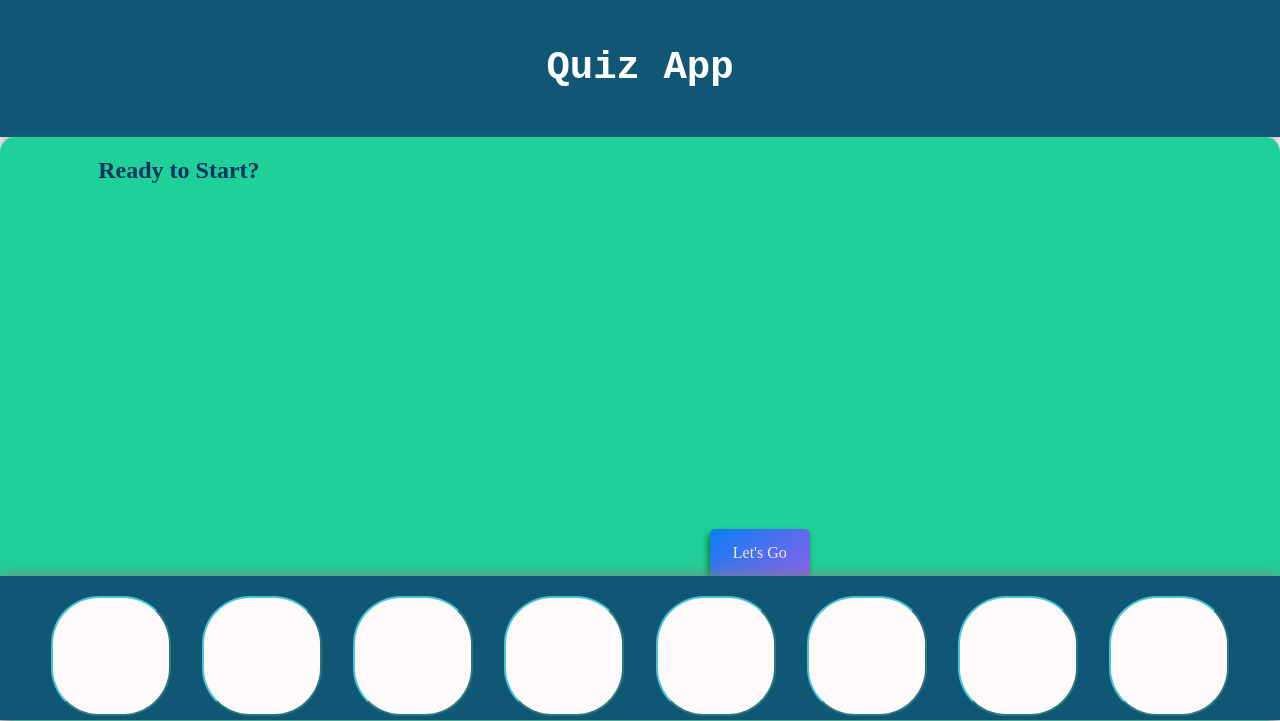
Repository: tpic12/quiz_app
Page: index.html
The author's editor kept a copy of each file at every save. The page is drawn from the files as they stood at one save, then again after the next save.
The browser window is 1280 px wide. The pictures show the whole page.

Above is the page before, as saved 2019-12-28 14:53:49.

After the next save:
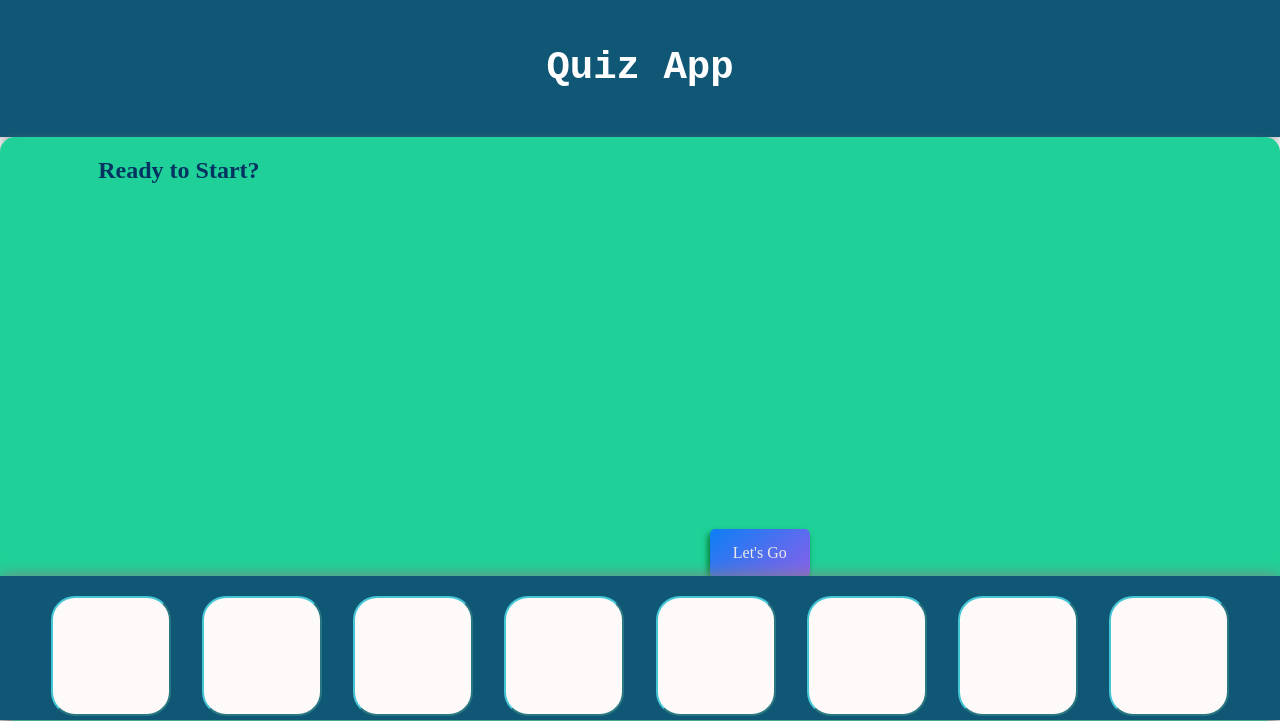
Saved 2 min 15 s later.
--- a/app.css
+++ b/app.css
@@ -102,12 +102,16 @@ footer {
 .count {
   border: 2px outset hsl(186, 63%, 55%);
   font-family: 'Gill Sans', 'Gill Sans MT', Calibri, 'Trebuchet MS', sans-serif;
-  border-radius: 40%;
+  border-radius: 20%;
   flex-direction: row;
   width: 120px;
   height: 120px;
   background-color: hsl(0, 100%, 99%);
   padding: 15px;
+  -webkit-border-radius: 20%;
+  -moz-border-radius: 20%;
+  -ms-border-radius: 20%;
+  -o-border-radius: 20%;
 }
 
 h1 {
